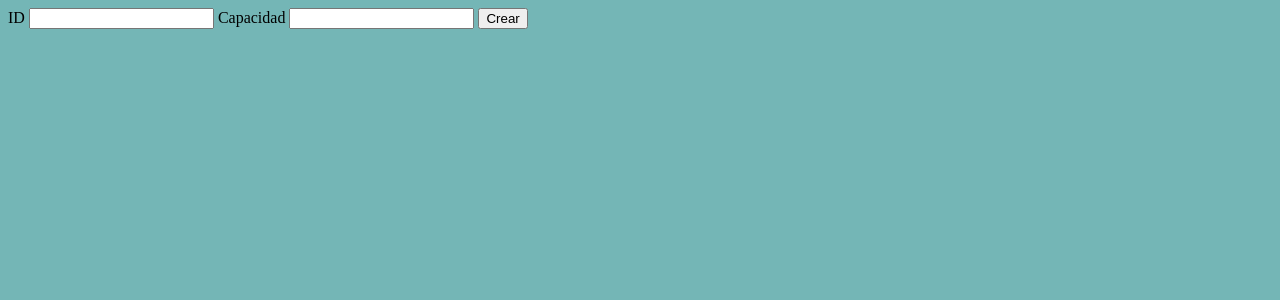
Repository: Robin-Rivadeneira/prueva_pablo
Page: index.html
These files come from the project's save history. The page is drawn as it stood at one moment and after a run of saves; the edit follows.
The browser window is 1280 px wide. The pictures show the whole page.

Above is the page before, as saved 2020-01-16 20:24:42.

After the next 5 saves:
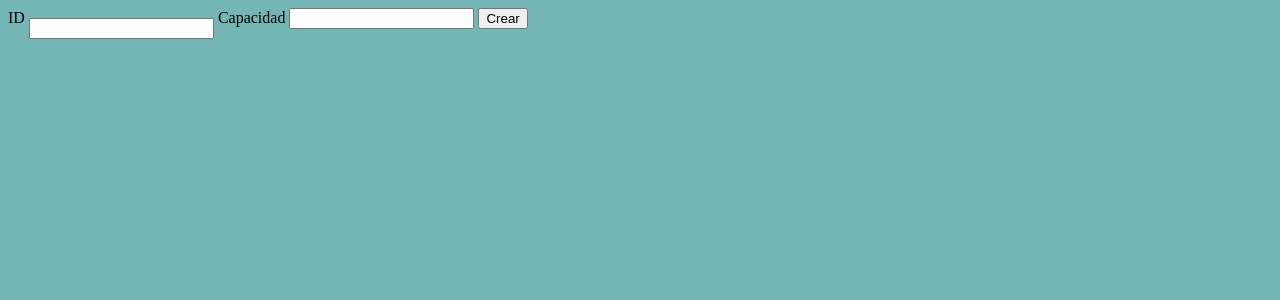
The 5 saves are shown as one change because they came seconds apart.
The last was saved 36 s later.
--- a/css/bomberos.css
+++ b/css/bomberos.css
@@ -1,3 +1,8 @@
 body{
     background-color: rgb(116, 182, 182);
 }
+
+#id{
+    position: relative;
+    top: 10px;
+}
